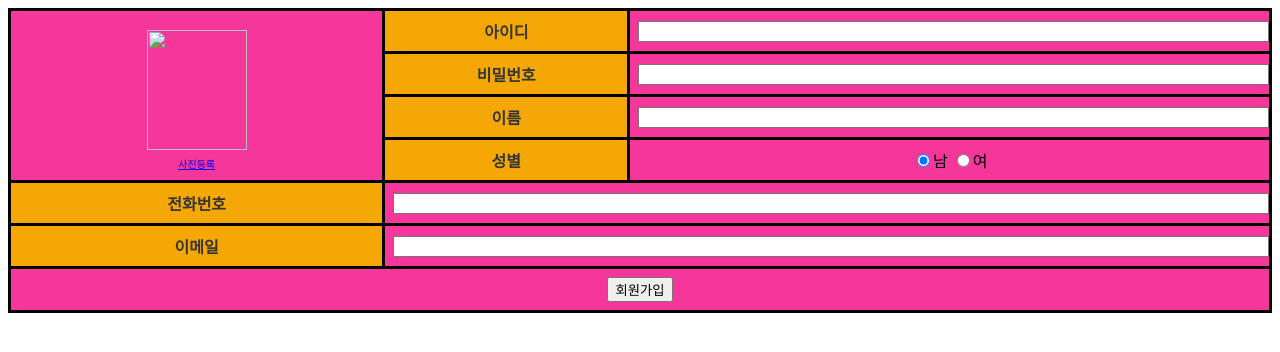
Repository: LucestDail/jdbcWorkspace
Page: http://localhost/jdbcProject/model1/member/joinForm.jsp
The author's editor kept a copy of each file at every save. The page is drawn from the files as they stood at one save, then again after the next save.
The browser window is 1280 px wide. The pictures show the whole page.
The page is served by Tomcat 9. Other server files are loaded and not shown.

Above is the page before, as saved 2020-11-18 04:35:53.
Console error: SyntaxError: Unexpected string

### jdbcProject/WebContent/model1/member/joinForm.jsp
<%@ page language="java" contentType="text/html; charset=EUC-KR"
    pageEncoding="EUC-KR"%>
<!DOCTYPE html>
<html>
<head>
<meta charset="EUC-KR">
<title>Insert title here</title>
<link rel = "stylesheet" href = "../../css/main.css">
<script type="text/javascript">
	function win_upload(){
		var op "width = 500, height = 150, left = 50, top = 150";
		open("pictureForm.jsp","",op);
	}

</script>
</head>
<body>
<form action="join.jsp" name = "f" method="post">
	<input type = "hidden" name="picture" value ="">
	<table>
		<tr>
			<td rowspan = "4" valign = "bottom">
				<img src = "" width="100" height="120" id="picture"><br>
				<font size="1"><a href = "javascript:win_upload()">사진등록</a></font>
			</td><th>아이디</th><td><input type = "text" name = "id"></td></tr>
			<tr><th>비밀번호</th><td><input type = "password" name = "pass"></td></tr>
			<tr><th>이름</th><td><input type = "text" name = "name"></td></tr>
			<tr><th>성별</th>
				<td><input type = "radio" name = "gender" value = "1" checked>남
					<input type = "radio" name = "gender" value = "2">여</td></tr>
			<tr><th>전화번호</th><td colspan="2"><input type = "text" name = "tel"></td></tr>
			<tr><th>이메일</th><td colspan="2"><input type = "text" name = "email"></td></tr>
			<tr><td colspan = "3"><input type = "submit" value = "회원가입"></td></tr>
	</table>
</form>
</body>
</html>

### jdbcProject/WebContent/css/main.css
@charset "EUC-KR";
table{
	width:100%;
	border-collapse: collapse;
}

th,td{
	border: 3px solid black;
	text-align:center;
	padding: 8px;
}
th{
	background-color: #F5A805;
	color: #353535;'
}
td{
	background-color:#F5369B;
}
caption{
	color:#111111;
	font-size: 20px;
	background-color: #ffffff;
}
input[type=text], input[type=password]{
	width: 100%;
}
textarea {
	width: 100%;
	height: 200px;
	padding: 10px;
	box-sizing: border-box;
	border: solid 2px #1E90FF;
	border-radius: 5px;
	font-size: 16px;
	resize: both;
}

After the next save:
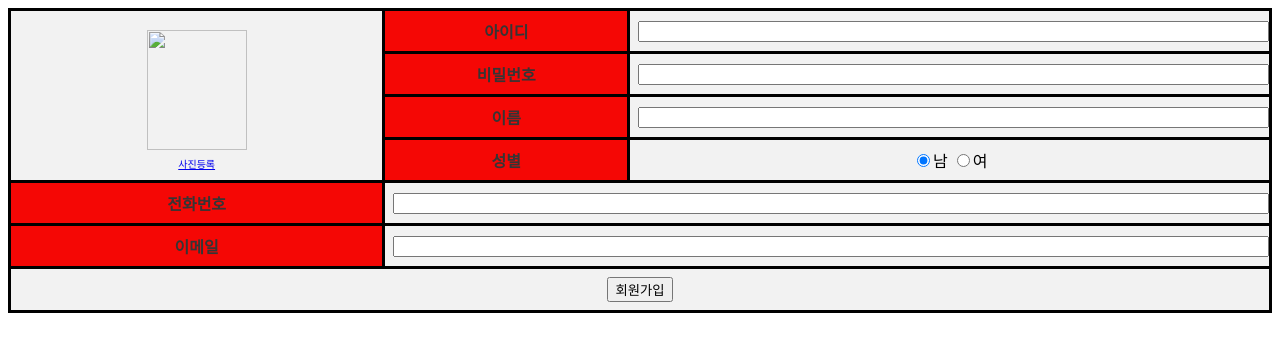
Saved 66 s later.
--- a/jdbcProject/WebContent/css/main.css
+++ b/jdbcProject/WebContent/css/main.css
@@ -10,11 +10,11 @@ th,td{
 	padding: 8px;
 }
 th{
-	background-color: #F5A805;
-	color: #353535;'
+	background-color: #F50705;
+	color: #353535;
 }
 td{
-	background-color:#F5369B;
+	background-color:#f2f2f2;
 }
 caption{
 	color:#111111;
